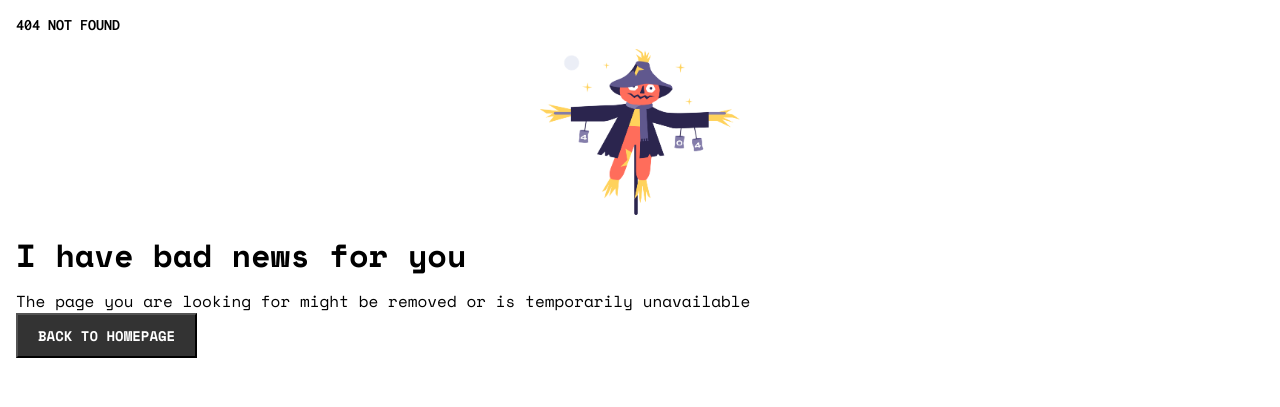
Repository: kellyalves87/404_not_found
Page: index.html
These files come from the project's save history. The page is drawn as it stood at one moment and after the next save; the edit follows.
The browser window is 1280 px wide. The pictures show the whole page.

Above is the page before, as saved 2021-05-16 15:04:11.

### index.html
<!DOCTYPE html>
<html lang="en">

<head>
  <meta charset="utf-8" />
  <meta name="viewport" content="width=device-width, initial-scale=1,
  maximum-scale=5" />
  <link rel="icon" href="./assets/devchallenges.png" />
  <link rel="shortcut icon" type="image/x-icon" href="https://devchallenges.io/" />
  <link rel="preconnect" href="https://fonts.gstatic.com">
  <link href="https://fonts.googleapis.com/css2?family=Inconsolata:wght@700&family=Space+Mono:wght@400;700&display=swap"
    rel="stylesheet">
  <link rel="stylesheet" href="./style/index.css">
  <link rel="stylesheet" href="./style/reset.css">
  <title>Devchallenges</title>
</head>

<header class="header">
  <h1>404 not found</h1>
</header>

<body>
    <img src="./assets/Scarecrow.png" alt="straw man">
  <div class="content">
    <h1>I have bad news for you</h1>
    <p>The page you are looking for might be removed or is temporarily unavailable</p>
    <button type="button">back to homepage</button>
  </div>
</body>

</html>

### style/index.css
/* Mobile first */

.header h1 {
    font-family: inconsolata;
    font-size: 1rem;
    margin: 1rem;
    text-transform: uppercase;
}

img {
    display: flex;
    margin: auto;
    width: 200px;
}

.content {
    margin: 1rem;
}

.content h1, p, button {
    font-family: Space Mono;
}

.content h1, button {
    font-weight: 700;
}

.content h1 {
    padding-bottom: 10px;
}

.content p {
    font-weight: 400;
}

button {
    color: #ffffff;
    cursor: pointer;
    background-color: #333333;
    font-size: 14px;
    position: absolute;
    padding: 10px 20px;
    text-transform: uppercase;
}

Loaded but not shown: style/reset.css (common file)

After the next save:
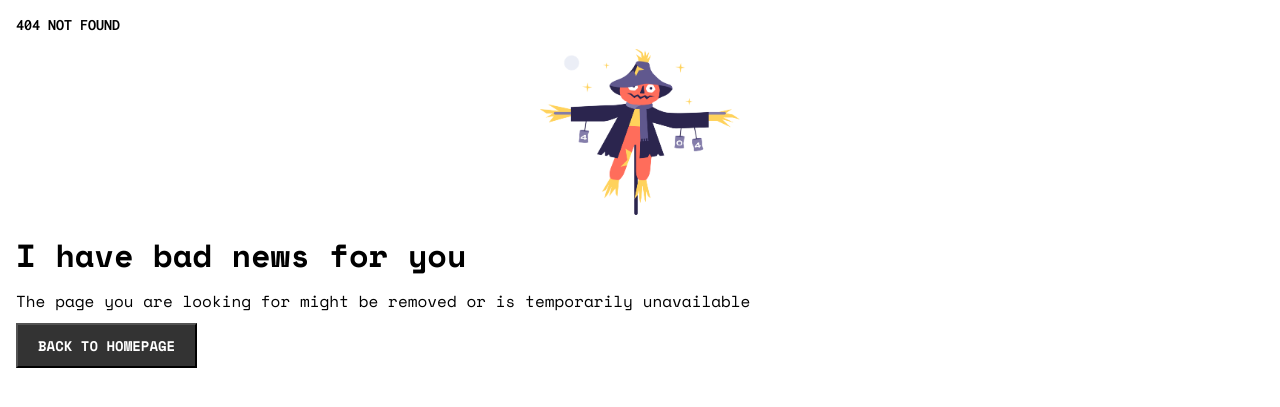
Saved 11 s later.
--- a/style/index.css
+++ b/style/index.css
@@ -25,7 +25,7 @@
     font-weight: 700;
 }
 
-.content h1 {
+.content h1, p {
     padding-bottom: 10px;
 }
 

After the save that followed:
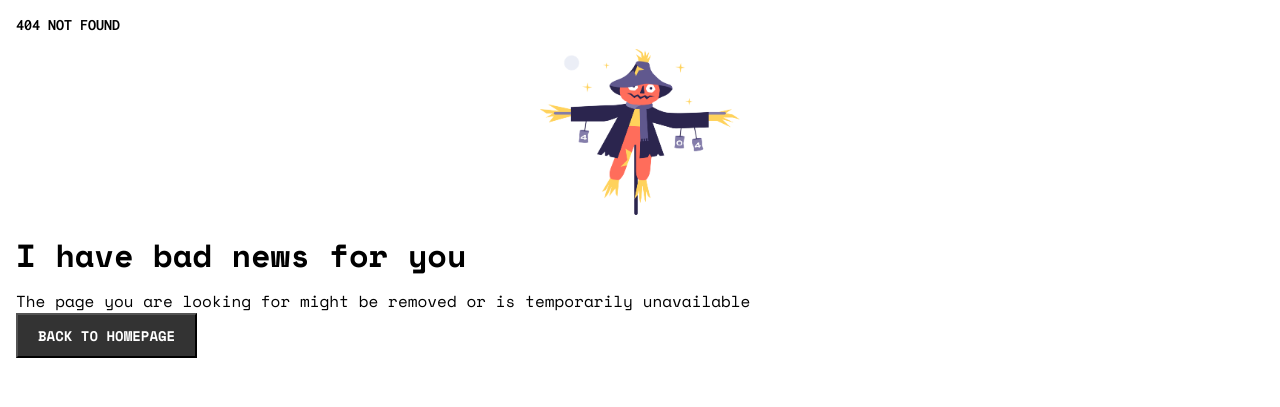
Saved 22 s later.
--- a/style/index.css
+++ b/style/index.css
@@ -25,7 +25,7 @@
     font-weight: 700;
 }
 
-.content h1, p {
+.content h1 {
     padding-bottom: 10px;
 }
 
